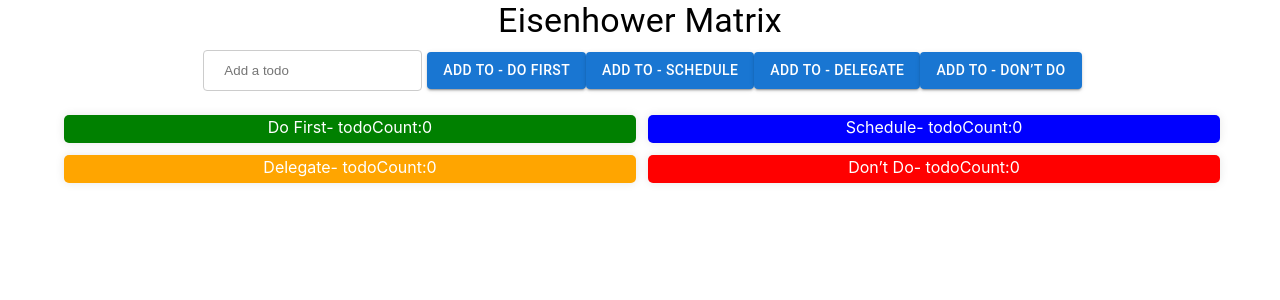
Repository: GokulDev4U/Krixi_react_assignment
Page: /
These files come from the project's save history. The page is drawn as it stood at one moment and after the next save; the edit follows.
The browser window is 1280 px wide. The pictures show the whole page.
The project was rebuilt for these pictures with package versions that can differ from the ones it lists, and the page was loaded fresh each time.

Above is the page before, as saved 2022-04-05 19:52:11.

After the next save:
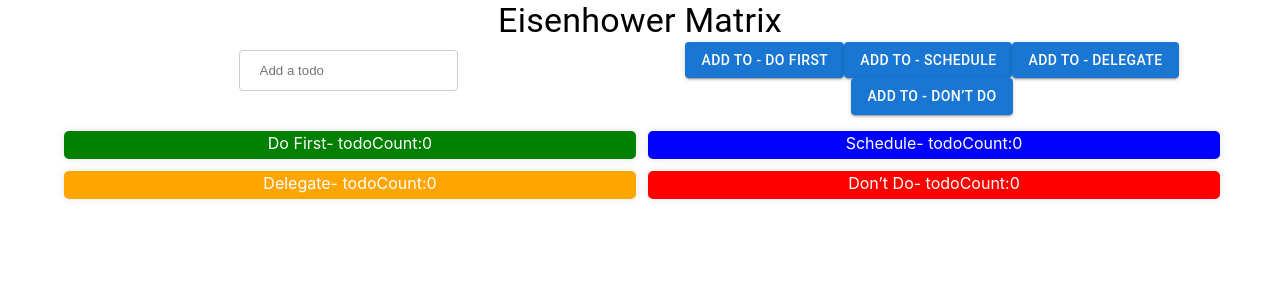
Saved 10 min 5 s later.
--- a/src/App.js
+++ b/src/App.js
@@ -129,13 +129,15 @@ function App() {
         <Container sx={{ flexGrow: 1 }}>
           <Typography variant="h4">Eisenhower Matrix</Typography>
           <Grid container spacing={2}>
-            <Grid item xs={12}>
+            <Grid item xs={6}>
               <input
                 type="text"
                 placeholder="Add a todo"
                 value={todo}
                 onChange={handleChange}
               />
+            </Grid>
+            <Grid item xs={6}>
               <Button
                 variant="contained"
                 color="primary"
